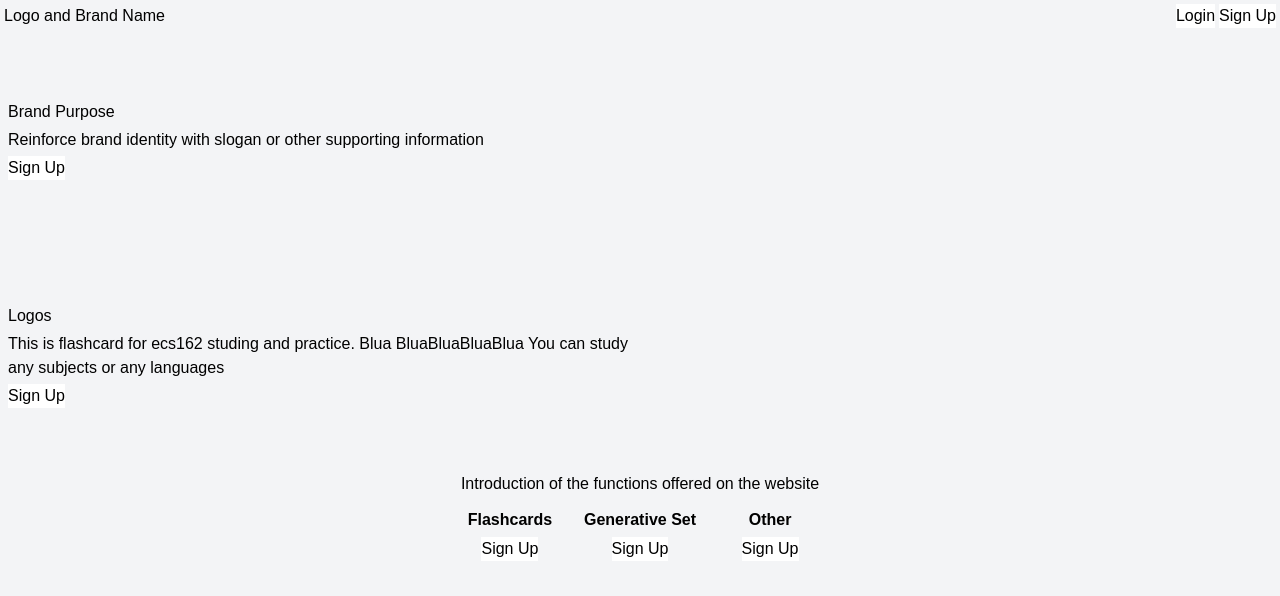
Repository: greg-chang/flashcard-website
Page: / (app in frontend/)
An editor plug-in stored every save of this project. The page is shown before and after the next save, followed by the edit.
The browser window is 1280 px wide. The pictures show the whole page.
The page's requests for data from a server got no answer. The project was rebuilt for these pictures with package versions that can differ from the ones it lists, and the page was loaded fresh each time. Some packages were replaced by stand-ins written for this rebuild. The framework's server and built-in components were replaced by stand-ins that run in the browser. No one was signed in, and anything a server would have sent is missing. Also part of the build but not shown: frontend/next.config.ts, frontend/src/app/components/CardComponent.tsx, frontend/src/app/components/UserInterface.tsx.

Above is the page before, as saved 2025-05-29 22:02:09.

After the next save:
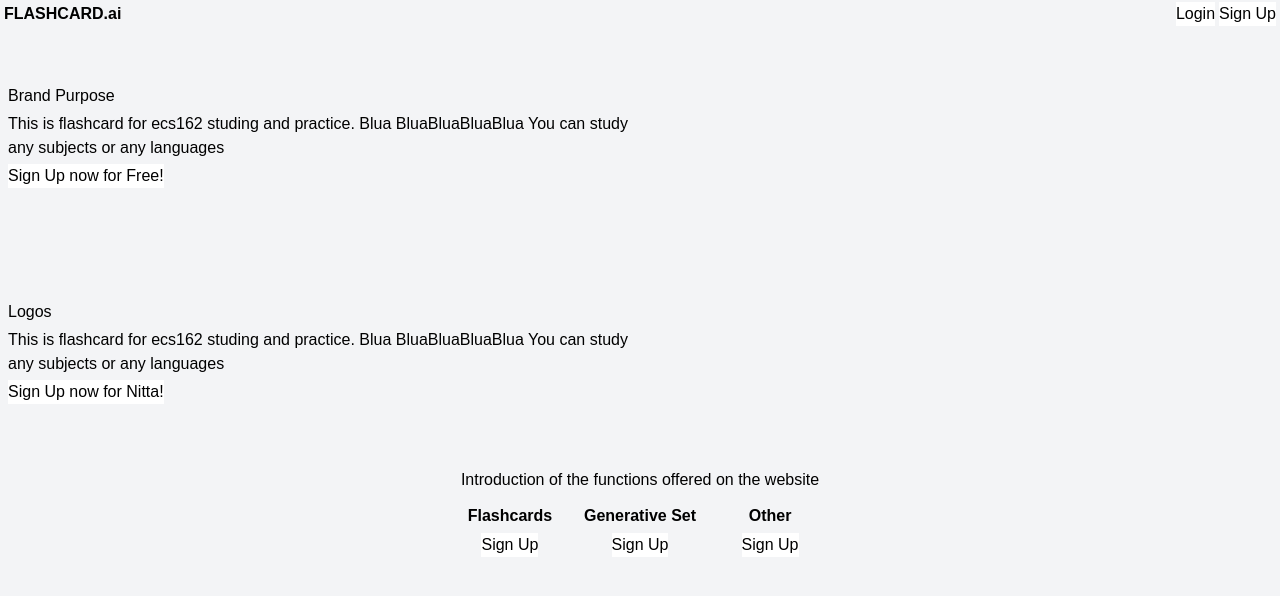
Saved 8 min 42 s later.
--- a/frontend/src/app/components/Homepage.tsx
+++ b/frontend/src/app/components/Homepage.tsx
@@ -12,37 +12,22 @@ import {
   Flex,
 } from '@chakra-ui/react';
 import { SignInButton, SignUpButton } from '@clerk/nextjs';
+import Header from './Header';
 
 export default function Homepage() {
   return (
     <Box minH="100vh" bg="pink.100" color="black">
-      {/* Navi */}
-      <Flex justify="space-between" align="center" p={4} bg="pink.200" shadow="sm">
-        <Heading size="md">Logo and Brand Name</Heading>
-        <HStack spacing={4}>
-          <SignInButton mode="modal">
-            <Button bg="white" _hover={{ bg: 'gray.100' }}>
-              Login
-            </Button>
-          </SignInButton>
-          <SignUpButton mode="modal">
-            <Button bg="white" _hover={{ bg: 'gray.100' }}>
-              Sign Up
-            </Button>
-          </SignUpButton>
-        </HStack>
-      </Flex>
-
+      <Header />
       {/* Intro*/}
       <SimpleGrid columns={[1, null, 2]} spacing={8} p={8} alignItems="center">
         <VStack align="start" spacing={4}>
           <Heading size="lg">Brand Purpose</Heading>
           <Text>
-            Reinforce brand identity with slogan or other supporting information
+            This is flashcard for ecs162 studing and practice. Blua BluaBluaBluaBlua You can study any subjects or any languages
           </Text>
           <SignUpButton mode="modal">
             <Button bg="white" _hover={{ bg: 'gray.100' }}>
-              Sign Up
+              Sign Up now for Free!
             </Button>
           </SignUpButton>
         </VStack>
@@ -56,7 +41,7 @@ export default function Homepage() {
           <Text>This is flashcard for ecs162 studing and practice. Blua BluaBluaBluaBlua You can study any subjects or any languages</Text>
           <SignUpButton mode="modal">
             <Button bg="white" _hover={{ bg: 'gray.100' }}>
-              Sign Up
+            Sign Up now for Nitta!
             </Button>
           </SignUpButton>
         </VStack>
